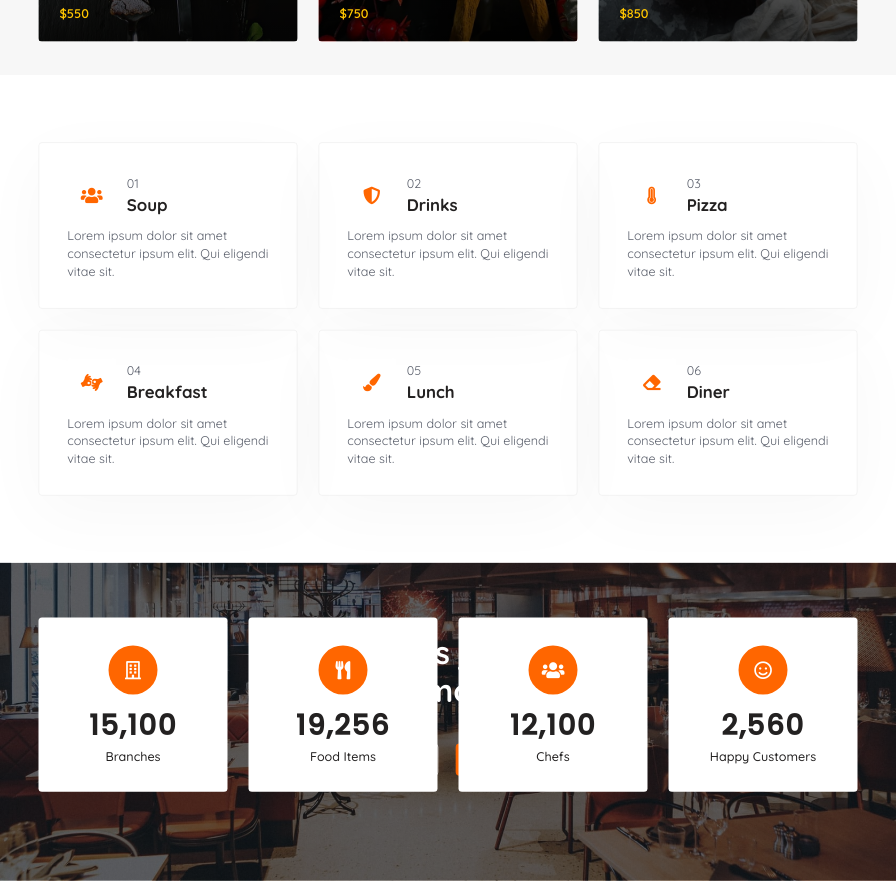
Repository: baobaodeveloper/bootscap21_project_AnhBao_VietToan_VietDuc
Page: index.html
An editor plug-in stored every save of this project. The page is shown before and after the next save, followed by the edit.
The browser window is 1280 px wide. The pictures show the part of the page from y = 2693 to 4613 px (the page is 3951 px tall before and 4613 px after), at 70% of full size.
Backgrounds fixed to the window are drawn as part of the page.

Above is the page before, as saved 2022-03-04 09:19:47.

After the next save:
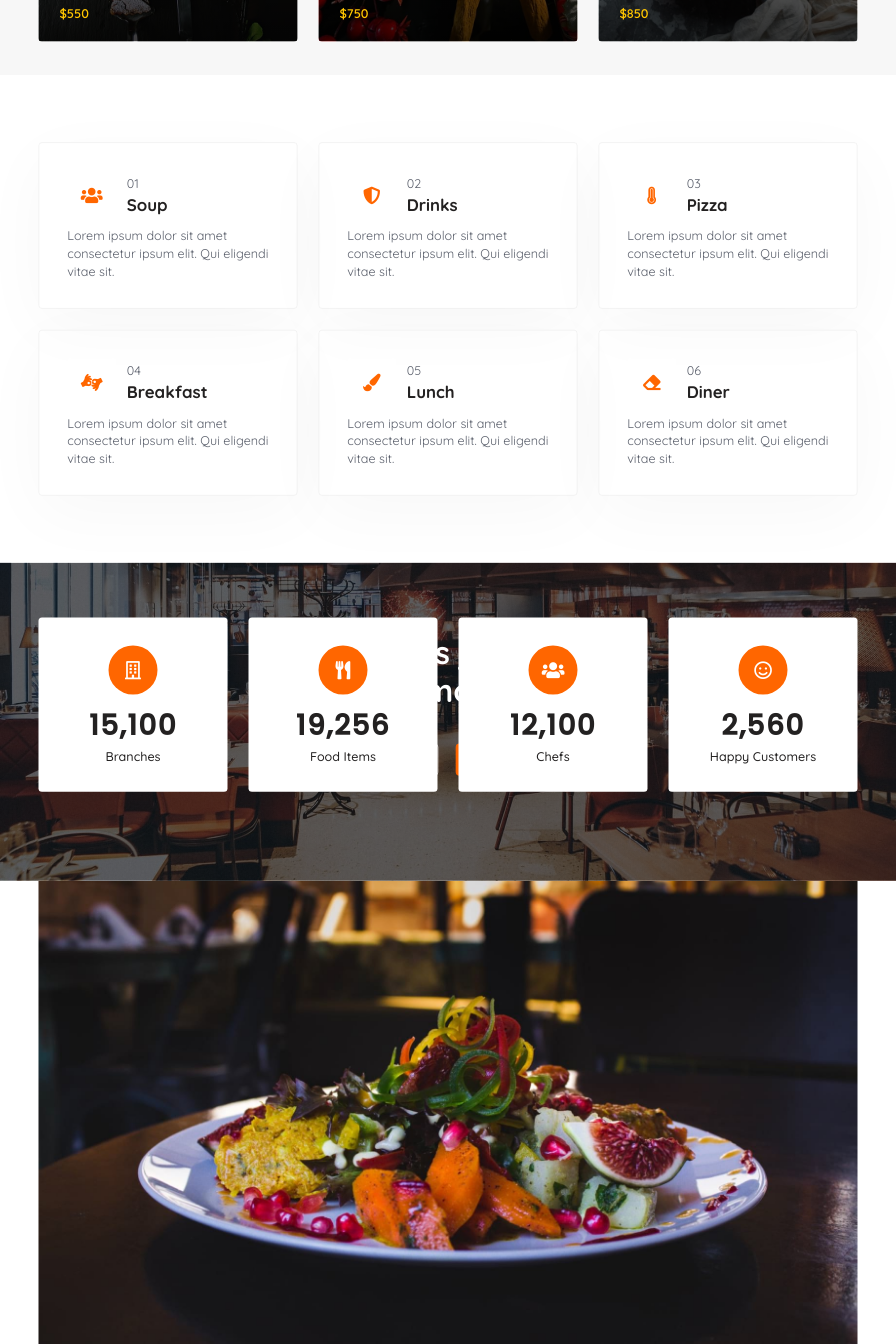
Saved 50 s later.
--- a/index.html
+++ b/index.html
@@ -341,7 +341,11 @@
     </section>
 
     <section class="video">
-      <div class="video-wrapper container"></div>
+      <div class="video-wrapper container">
+        <div class="video__img">
+          <img src="./image/banner3.jpg" alt="" />
+        </div>
+      </div>
     </section>
 
     <script src="app.js"></script>
